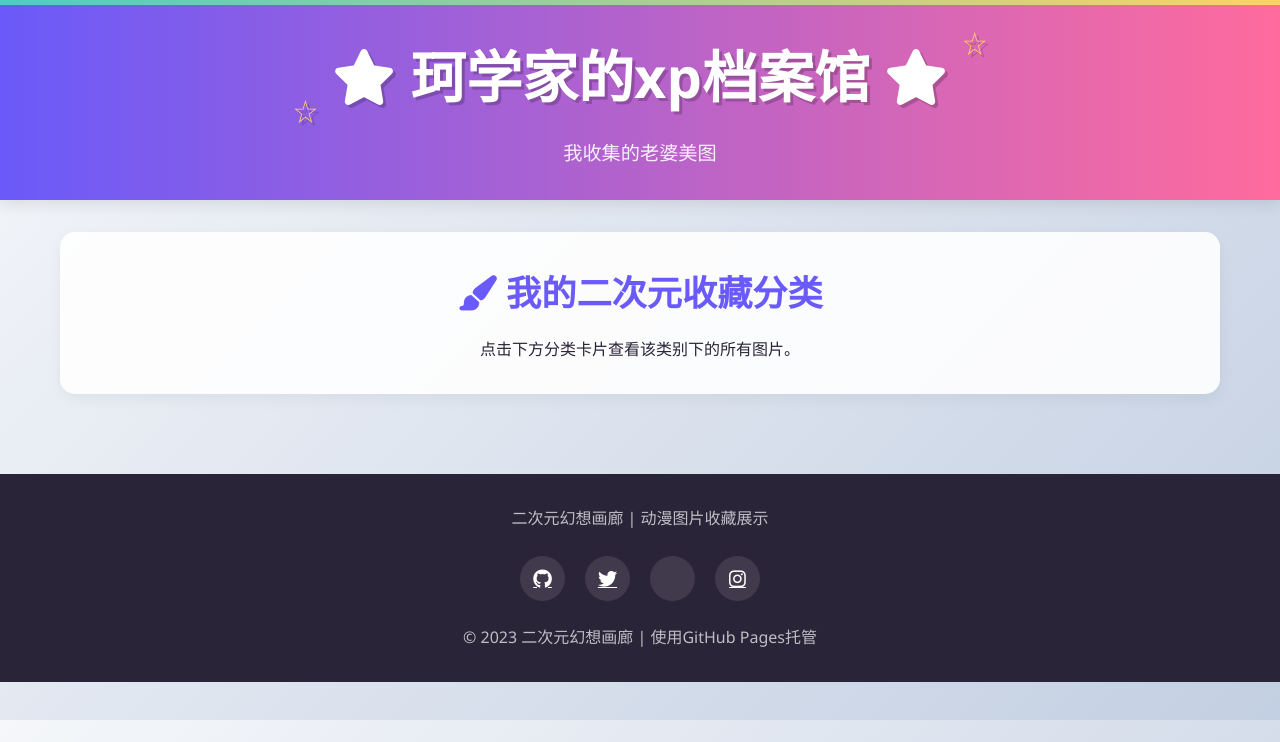
Repository: Ke-scholar/Ke-scholar.github.io
Page: index.html
The author's editor kept a copy of each file at every save. The page is drawn from the files as they stood at one save, then again after the next save.
The browser window is 1280 px wide. The pictures show the whole page.
Backgrounds fixed to the window are drawn as part of the page.

Above is the page before, as saved 2025-06-26 17:13:02.
Console error: TypeError: Cannot read properties of undefined (reading 'forEach')

### index.html
<!DOCTYPE html>
<html lang="zh-CN">
<head>
    <meta charset="UTF-8">
    <meta name="viewport" content="width=device-width, initial-scale=1.0">
    <title>珂学家的xp档案馆</title>
    <link rel="stylesheet" href="css/style.css">
    <link rel="stylesheet" href="https://cdnjs.cloudflare.com/ajax/libs/font-awesome/6.4.0/css/all.min.css">
</head>
<body>
    <!-- 页头 -->
    <header>
        <div class="header-content">
            <h1><i class="fas fa-star"></i> 珂学家的xp档案馆 <i class="fas fa-star"></i></h1>
            <p class="subtitle">我收集的老婆美图</p>
        </div>
    </header>

    <!-- 主要内容 -->
    <div class="container">
        <div class="gallery-info">
            <h2><i class="fas fa-paint-brush"></i> 我的二次元收藏分类</h2>
            <p>点击下方分类卡片查看该类别下的所有图片。</p>
        </div>

        <!-- 分类展示区 -->
        <div class="categories-grid">
            <!-- 分类卡片将通过JavaScript动态加载 -->
        </div>
    </div>

    <!-- 页脚 -->
    <footer>
        <div class="footer-content">
            <p>二次元幻想画廊 | 动漫图片收藏展示</p>
            <div class="social-icons">
                <a href="#"><i class="fab fa-github"></i></a>
                <a href="#"><i class="fab fa-twitter"></i></a>
                <a href="#"><i class="fab fa-pixiv"></i></a>
                <a href="#"><i class="fab fa-instagram"></i></a>
            </div>
            <p>&copy; 2023 二次元幻想画廊 | 使用GitHub Pages托管</p>
        </div>
    </footer>

    <script src="js/data.js"></script>
    <script src="js/script.js"></script>
</body>
</html>

### css/style.css
/* 全局样式 */
* {
    margin: 0;
    padding: 0;
    box-sizing: border-box;
    font-family: 'Segoe UI', Tahoma, Geneva, Verdana, sans-serif;
}

:root {
    --primary: #ff6b9d;
    --secondary: #6a5af9;
    --accent: #4ecdc4;
    --dark: #2a2438;
    --light: #f7f9fc;
    --card-bg: rgba(255, 255, 255, 0.9);
}

body {
    background: linear-gradient(135deg, #f5f7fa 0%, #c3cfe2 100%);
    background-attachment: fixed;
    color: var(--dark);
    line-height: 1.6;
    min-height: 100vh;
    padding-bottom: 60px;
}

/* 页眉样式 */
header {
    background: linear-gradient(90deg, var(--secondary), var(--primary));
    color: white;
    padding: 2rem 0;
    text-align: center;
    box-shadow: 0 4px 15px rgba(0, 0, 0, 0.1);
    position: relative;
    overflow: hidden;
}

header::before {
    content: "";
    position: absolute;
    top: 0;
    left: 0;
    right: 0;
    height: 5px;
    background: linear-gradient(90deg, var(--accent), #ffd166);
}

.header-content {
    max-width: 1200px;
    margin: 0 auto;
    padding: 0 20px;
}

h1 {
    font-size: 3.5rem;
    margin-bottom: 1rem;
    text-shadow: 3px 3px 0 rgba(0, 0, 0, 0.2);
    position: relative;
    display: inline-block;
}

h1::after {
    content: "☆";
    position: absolute;
    right: -40px;
    top: -15px;
    font-size: 2rem;
    color: #ffd166;
}

h1::before {
    content: "☆";
    position: absolute;
    left: -40px;
    bottom: -15px;
    font-size: 2rem;
    color: #ffd166;
}

.subtitle {
    font-size: 1.2rem;
    max-width: 600px;
    margin: 0 auto;
    opacity: 0.9;
}

/* 内容区域 */
.container {
    max-width: 1200px;
    margin: 2rem auto;
    padding: 0 20px;
}

.gallery-info {
    text-align: center;
    margin-bottom: 2rem;
    background: var(--card-bg);
    padding: 2rem;
    border-radius: 15px;
    box-shadow: 0 5px 15px rgba(0, 0, 0, 0.05);
}

.gallery-info h2 {
    color: var(--secondary);
    margin-bottom: 1rem;
    font-size: 2.2rem;
}

/* 分类网格 */
.categories-grid {
    display: grid;
    grid-template-columns: repeat(auto-fill, minmax(300px, 1fr));
    gap: 30px;
}

.category-card {
    background: var(--card-bg);
    border-radius: 15px;
    overflow: hidden;
    box-shadow: 0 10px 20px rgba(0, 0, 0, 0.08);
    transition: all 0.4s cubic-bezier(0.175, 0.885, 0.32, 1.275);
    position: relative;
    height: 350px;
    opacity: 0;
    transform: translateY(20px);
    animation: fadeInUp 0.5s forwards;
}

@keyframes fadeInUp {
    to {
        opacity: 1;
        transform: translateY(0);
    }
}

.category-card:hover {
    transform: translateY(-10px) scale(1.02);
    box-shadow: 0 15px 30px rgba(0, 0, 0, 0.15);
}

.category-img {
    width: 100%;
    height: 240px;
    object-fit: cover;
    display: block;
    transition: all 0.5s ease;
}

.category-card:hover .category-img {
    transform: scale(1.1);
}

.category-overlay {
    position: absolute;
    top: 0;
    left: 0;
    right: 0;
    bottom: 0;
    background: linear-gradient(to top, rgba(106, 90, 249, 0.8), transparent);
    display: flex;
    flex-direction: column;
    justify-content: flex-end;
    padding: 20px;
    opacity: 0;
    transition: opacity 0.4s ease;
}

.category-card:hover .category-overlay {
    opacity: 1;
}

.category-title {
    color: white;
    font-size: 2rem;
    font-weight: bold;
    margin-bottom: 5px;
    text-shadow: 1px 1px 3px rgba(0, 0, 0, 0.7);
}

.category-count {
    color: rgba(255, 255, 255, 0.9);
    font-size: 1.1rem;
    background: rgba(0, 0, 0, 0.3);
    padding: 5px 15px;
    border-radius: 20px;
    display: inline-block;
}

.category-info {
    padding: 20px;
    text-align: center;
}

.category-info h3 {
    color: var(--secondary);
    margin-bottom: 10px;
    font-size: 1.5rem;
}

.category-info p {
    color: #666;
    font-size: 1rem;
}

/* 页脚样式 */
footer {
    background: var(--dark);
    color: rgba(255, 255, 255, 0.7);
    text-align: center;
    padding: 2rem 0;
    margin-top: 3rem;
}

.footer-content {
    max-width: 1200px;
    margin: 0 auto;
    padding: 0 20px;
}

.social-icons {
    display: flex;
    justify-content: center;
    gap: 20px;
    margin: 1.5rem 0;
}

.social-icons a {
    color: white;
    background: rgba(255, 255, 255, 0.1);
    width: 45px;
    height: 45px;
    border-radius: 50%;
    display: flex;
    align-items: center;
    justify-content: center;
    font-size: 1.2rem;
    transition: all 0.3s ease;
}

.social-icons a:hover {
    background: var(--primary);
    transform: translateY(-5px);
}

/* 响应式设计 */
@media (max-width: 768px) {
    h1 {
        font-size: 2.5rem;
    }

    h1::before, h1::after {
        display: none;
    }

    .categories-grid {
        grid-template-columns: repeat(auto-fill, minmax(280px, 1fr));
    }
}

@media (max-width: 480px) {
    h1 {
        font-size: 2rem;
    }

    .categories-grid {
        grid-template-columns: 1fr;
    }
}

/* 动画效果 */
@keyframes float {
    0% { transform: translateY(0px); }
    50% { transform: translateY(-10px); }
    100% { transform: translateY(0px); }
}

.floating {
    animation: float 3s ease-in-out infinite;
}

### js/data.js
// 图片数据
const imageData = {
    works: [
        {
            id: "sukasuka",
            name: "末日三问",
            description: "末日时在做什么？有没有空？可以来拯救吗？",
            coverImg: "img/works/sukasuka_cover.jpg",
            totalCharacters: 3
        },
        {
            id: "rezero",
            name: "Re:从零开始",
            description: "异世界冒险故事",
            coverImg: "img/works/rezero_cover.jpg",
            totalCharacters: 4
        },
        // 其他作品...
    ],

    characters: {
        sukasuka: [ // 对应作品ID
            {
                id: "Chtholly",
                name: "珂朵莉",
                description: "黄金妖精",
                coverImg: "img/characters/Chtholly_cover.jpg",
                totalImages: 42
            },
            // 其他角色...
        ],
        rezero: [
            {
                id: "Emilia",
                name: "爱蜜莉雅",
                description: "半妖精女主角",
                coverImg: "img/characters/Emilia_cover.jpg",
                totalImages: 35
            },
            // 其他角色...
        ]
    },

    images: {
        Chtholly: Array.from({ length: 42 }, (_, i) => ({
            id: i + 1,
            title: "珂朵莉",
            imgPath: `img/Chtholly/Chtholly (${i + 1}).png`,
            description: "末日三问女主",
            author: "插画师: 未知"
        })),
        scenes: Array.from({ length: 36 }, (_, i) => ({
            id: i + 1,
            title: "精美场景",
            imgPath: `img/scenes/scene (${i + 1}).png`,
            description: "精美的动漫场景",
            author: "场景设计: 未知"
        })),
        fanart: Array.from({ length: 28 }, (_, i) => ({
            id: i + 1,
            title: "同人创作",
            imgPath: `img/fanart/fanart (${i + 1}).png`,
            description: "粉丝创作的作品",
            author: "作者: 未知"
        })),
        fantasy: Array.from({ length: 31 }, (_, i) => ({
            id: i + 1,
            title: "奇幻世界",
            imgPath: `img/fantasy/fantasy (${i + 1}).png`,
            description: "奇幻世界插画",
            author: "插画师: 未知"
        })),
        chibi: Array.from({ length: 25 }, (_, i) => ({
            id: i + 1,
            title: "Q版萌图",
            imgPath: `img/chibi/chibi (${i + 1}).png`,
            description: "可爱的Q版角色",
            author: "插画师: 未知"
        }))
    }
};

function getAllWorks() {
  return imageData.works;
}

function getWorkById(id) {
  return imageData.works.find(work => work.id === id);
}

function getCharactersByWork(workId) {
  return imageData.characters[workId] || [];
}

// 获取所有分类
function getAllCategories() {
    return imageData.categories;
}

// 获取单个分类
function getCategoryById(id) {
    return imageData.categories.find(category => category.id === id);
}

// 获取分类下的图片
function getImagesByCategory(categoryId, limit = 100) {
    const images = imageData.images[categoryId] || [];
    return images.slice(0, limit);
}

// 获取所有图片
function getAllImagesByCategory(categoryId) {
    return imageData.images[categoryId] || [];
}

### js/script.js
document.addEventListener('DOMContentLoaded', function() {
    const categoriesGrid = document.querySelector('.categories-grid');
    const categories = getAllCategories();

    // 渲染分类卡片
    categories.forEach((category, index) => {
        const categoryCard = document.createElement('div');
        categoryCard.className = 'category-card';
        categoryCard.dataset.category = category.id;

        // 添加动画延迟
        categoryCard.style.animationDelay = `${index * 0.1}s`;

        categoryCard.innerHTML = `
            <img src="${category.coverImg}" alt="${category.name}" class="category-img">
            <div class="category-overlay">
                <div class="category-title">${category.name}</div>
                <div class="category-count">${category.totalImages}张图片</div>
            </div>
            <div class="category-info">
                <h3>${category.name}</h3>
                <p>${category.description}</p>
            </div>
        `;

        // 添加点击事件
        categoryCard.addEventListener('click', () => {
            window.location.href = `category.html?category=${category.id}`;
        });

        categoriesGrid.appendChild(categoryCard);
    });
});

After the next save:
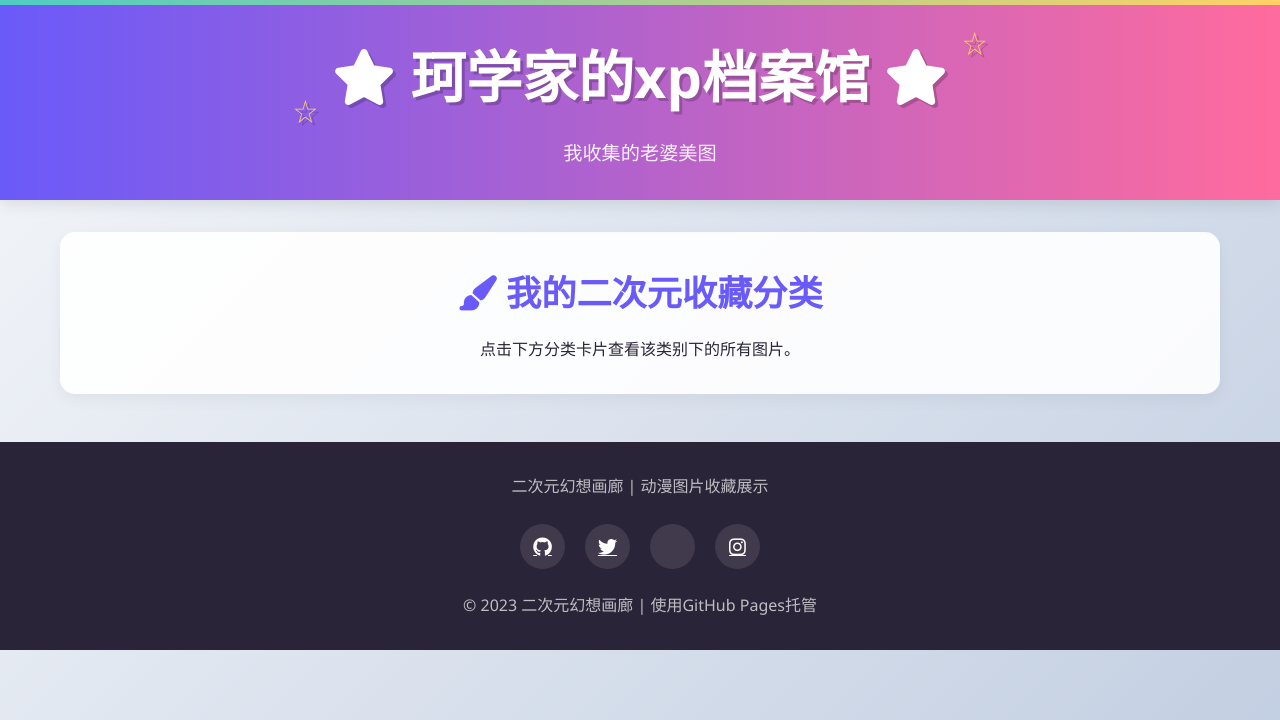
Saved 69 s later.
--- a/index.html
+++ b/index.html
@@ -24,7 +24,7 @@
         </div>
 
         <!-- 分类展示区 -->
-        <div class="categories-grid">
+        <div class="works-grid">
             <!-- 分类卡片将通过JavaScript动态加载 -->
         </div>
     </div>
